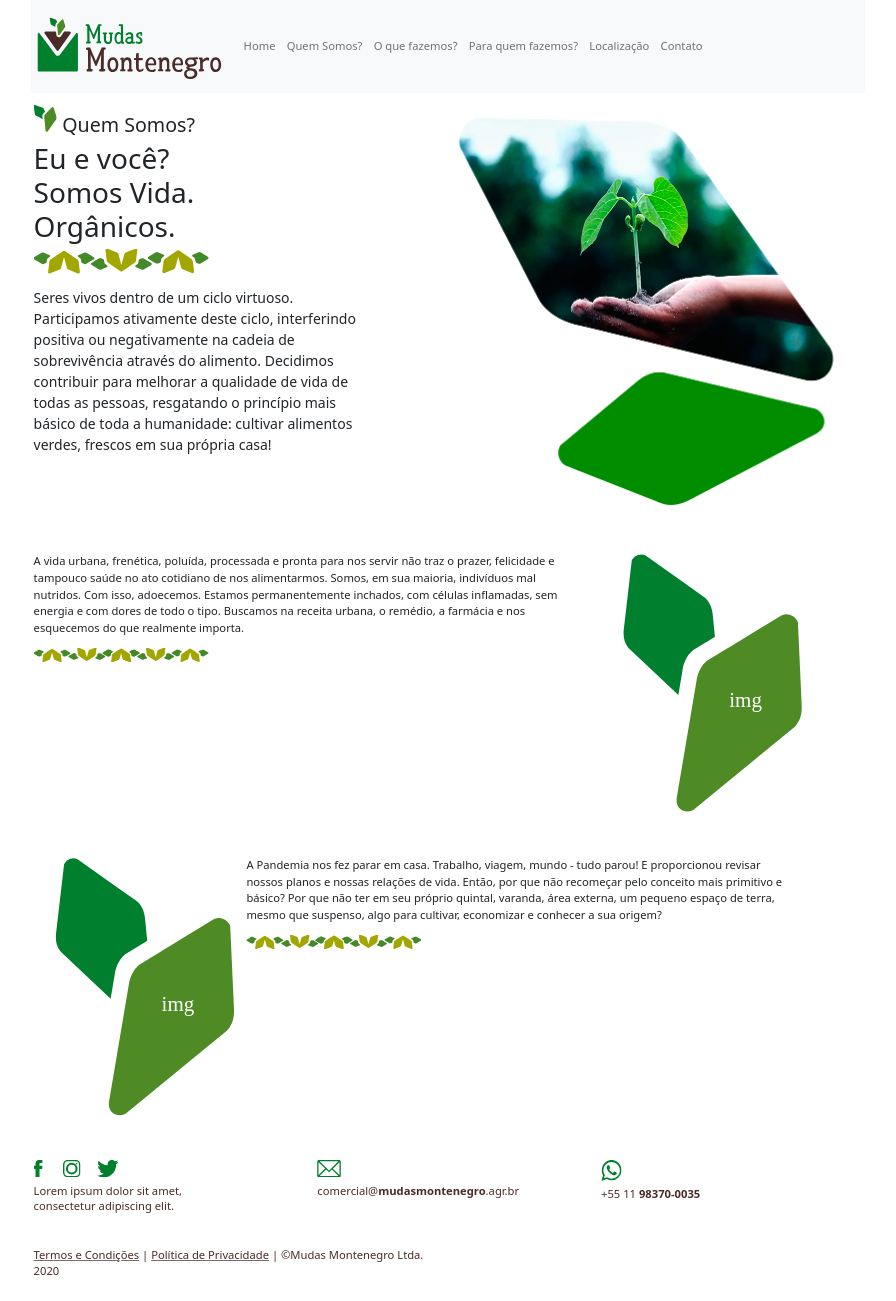
Repository: MaKnok/mudas-montenegro
Page: quem-somos.html
The author's editor kept a copy of each file at every save. The page is drawn from the files as they stood at one save, then again after the next save.
The browser window is 1280 px wide. The pictures show the whole page, at 70% of full size.
Some web libraries are served in a nearby version.

Above is the page before, as saved 2021-06-17 12:10:11.

### quem-somos.html
<!DOCTYPE html>
<html lang="pt-br">

<head>
    <meta charset="utf-8">
    <meta name="viewport" content="width=device-width, initial-scale=1">
    <link rel="icon" type="image/png" href="img/icons/favicon.png"/>
    <title>Mudas Montenegro</title>
    <link href="https://cdn.jsdelivr.net/npm/bootstrap@5.0.1/dist/css/bootstrap.min.css" rel="stylesheet" integrity="sha384-+0n0xVW2eSR5OomGNYDnhzAbDsOXxcvSN1TPprVMTNDbiYZCxYbOOl7+AMvyTG2x" crossorigin="anonymous">
    <script src="https://use.fontawesome.com/releases/v5.0.8/js/all.js"></script>
    <link href="style.css" rel="stylesheet">
</head>

<body>


<!--- Intro -->

<div class="container-fluid">

  <div class="wrapper">

    <!-- Navigation -->
    <nav class="navbar navbar-expand-md navbar-light bg-light sticky-top">

      <a class="navbar-brand logo" href="index.html"><img src="img/logo_mudas_mont.svg" alt="Mudas Montenegro"></a>

      <button class="navbar-toggler" type="button" data-toggle="collapse" data-target="#navbarResponsive">
          <span class="navbar-toggler-icon"></span>
      </button>

      <div class="collapse navbar-collapse" id="navbarResponsive">
       <ul class="navbar-nav ml-auto">
            <li class="nav-item active">
              <a class="nav-link" href="index.html">Home</a>
          </li>
            <li class="nav-item">
              <a class="nav-link" href="quem-somos.html">Quem Somos?</a>
            </li>
            <li class="nav-item">
              <a class="nav-link" href="o-que-fazemos.html">O que fazemos?</a>
            </li>
            <li class="nav-item">
              <a class="nav-link" href="para-quem-fazemos.html">Para quem fazemos?</a>
            </li>
            <li class="nav-item">
              <a class="nav-link" href="localizacao.html">Localização</a>
            </li>
            <li class="nav-item">
              <a class="nav-link" href="contato.html">Contato</a>
            </li>
        </ul>
      </div>

    </nav>

    <div class="row jumbotron section-top">

      <div class="col-xs-12 col-sm-12 col-md-4 col-lg-4 col-xl-5 content-top">

        <h3 class="page-title">Quem Somos?</h3>

        <h1 class="page-slogan">
          Eu e você?<br/>
          Somos Vida.<br/>
          Orgânicos.
        </h1>

        <img src="img/leaves_sections.svg" class="leaves-home">

        <p class="lead">
          Seres vivos dentro de um ciclo virtuoso. Participamos ativamente deste ciclo, interferindo positiva ou negativamente na cadeia de sobrevivência através do alimento. Decidimos contribuir para melhorar a qualidade de vida de todas
          as pessoas, resgatando o princípio mais básico de toda a humanidade: cultivar alimentos verdes, frescos em sua própria casa!
        </p>

      </div>

      <div class="col-xs-12 col-sm-12 col-md-8 col-lg-8 col-xl-7 image-top">

                <source srcset="img/leaves_desktop_img.webp 2x,img/leaves_desktop_img.webp"
                media="(min-width: 992px)"/>

                <img src="img/leaves_desktop_img.webp" class="img-fluid" alt="Muda">

      </div>

    </div>

    <div class="row content">

      <div class="col-xs-12 col-sm-12 col-md-7 col-lg-7 col-xl-8">
        <p>
        A vida urbana, frenética, poluída, processada e pronta para nos servir não traz o prazer, felicidade e tampouco saúde no ato cotidiano de nos alimentarmos. Somos, em sua maioria, indivíduos mal nutridos.  Com isso, adoecemos. Estamos permanentemente inchados, com células inflamadas, sem energia e com dores de todo o tipo.
        Buscamos na receita urbana, o remédio, a farmácia e nos esquecemos do que realmente importa.
        </p>
        <img src="img/leaves_section_longer.svg" class="leaves-home">
      </div>

      <div class="col-xs-12 col-sm-12 col-md-4 col-lg-4 col-xl-3">
        <img src="img/img_temp.svg" class="float-left" alt="Vida urbana">
      </div>

    </div>

    <div class="row content pandemia">

      <div class="col-xs-12 col-sm-12 col-md-4 col-lg-4 col-xl-3 content-1">
          <img src="img/img_temp.svg" class="float-right" alt="Relações de Vida">
      </div>

      <div class="col-xs-12 col-sm-12 col-md-7 col-lg-7 col-xl-8 content-2">
          <p>
          A Pandemia nos fez parar em casa. Trabalho, viagem, mundo - tudo parou!
          E proporcionou revisar nossos planos e nossas relações de vida. Então, por que não recomeçar pelo conceito mais primitivo e básico? Por que não ter em seu próprio quintal, varanda, área externa, um pequeno espaço de terra, mesmo que suspenso, algo para cultivar, economizar e conhecer a sua origem?
          </p>
          <img src="img/leaves_section_longer.svg" class="leaves-home">
      </div>

    </div>

    <!--- Footer -->
    <footer>

    <div class="row text-left">

      <div class="col-md-4">

        <ul class="social-icons">
            <li class="social-icon social-icon_first"><a href="#"><img src="img/icons/facebook.svg"></a></li>
            <li class="social-icon social-icon_second"><a href="#"><img src="img/icons/instagram.svg"></a></li>
            <li class="social-icon social-icon_third"><a href="#"><img src="img/icons/twitter.svg"></a></li>
        </ul>
        <p>Lorem ipsum dolor sit amet, <br/>consectetur adipiscing elit.</p>

      </div>

      <div class="col-md-4">

        <img src="img/icons/mail.svg" class="contact-icon">
        <p>comercial@<span class="phrase-bold">mudasmontenegro</span>.agr.br</p>

      </div>

      <div class="col-md-4">

        <img src="img/icons/whatsapp.svg" class="contact-icon contact-icon-zap">
        <p>+55 11 <span class="phrase-bold">98370-0035</span></p>

      </div>

    </div>

    <div class="row text-left">
        <div class="col-md-6">
          <p class="terms-conditions"><a href="#">Termos e Condições</a> | <a href="#">Política de Privacidade</a> | ©Mudas Montenegro Ltda. 2020 </p>
        </div>
    </div>

    </footer>

  </div>

</div>

<script src="https://cdn.jsdelivr.net/npm/bootstrap@5.0.1/dist/js/bootstrap.bundle.min.js" integrity="sha384-gtEjrD/SeCtmISkJkNUaaKMoLD0//ElJ19smozuHV6z3Iehds+3Ulb9Bn9Plx0x4" crossorigin="anonymous"></script>

</body>
</html>

### style.css
@import url("https://fonts.googleapis.com/css2?family=Fira+Sans:ital,wght@0,200;0,300;0,400;0,500;0,600;0,700;1,200;1,300;1,400;1,500;1,600;1,700&display=swap");

/*---Media Queries --*/

html {
  -webkit-box-sizing: border-box;
  -moz-box-sizing: border-box;
  box-sizing: border-box;
}

*,
*:before,
*:after {
  -webkit-box-sizing: border-box;
  -moz-box-sizing: border-box;
  box-sizing: inherit;
}

@media (min-width: 992px) {
  .leaves-home {
    width: 250px;
    margin-bottom: 20px;
  }

  .logo {
    width: 280px;
  }

  .phrase-home {
    font-size: 35px;
    line-height: 45px;
  }

  .carousel-caption {
    width: 550px;
    z-index: 10;
    color: #fff;
    text-align: left;
    top: 40%;
    left: 10%;
    bottom: auto;
    -webkit-transform: translate(0, -50%);
    -ms-transform: translate(0, -50%);
    transform: translate(0, -50%);
  }
}

@media (max-width: 991.98px) {
  .leaves-home {
    width: 190px;
    margin-bottom: 15px;
  }

  .logo {
    width: 220px;
  }

  .phrase-home {
    font-size: 30px;
    line-height: 40px;
  }

  .carousel-caption {
    width: 400px;
    z-index: 10;
    color: #fff;
    text-align: left;
    top: 35%;
    left: 10%;
    bottom: auto;
    -webkit-transform: translate(0, -50%);
    -ms-transform: translate(0, -50%);
    transform: translate(0, -50%);
  }
}

@media (max-width: 767.98px) {
  .carousel-caption {
    width: 400px;
    z-index: 10;
    color: #fff;
    text-align: left;
    top: 35%;
    left: 10%;
    bottom: auto;
    -webkit-transform: translate(0, -50%);
    -ms-transform: translate(0, -50%);
    transform: translate(0, -50%);
  }

  .leaves-home {
    width: 190px;
    margin-bottom: 20px;
  }

  .logo {
    width: 220px;
  }

  .pandemia {
    display: flex;
  }

  .pandemia > .content-2 {
    order: -1;
  }

  .phrase-home {
    font-size: 25px;
    line-height: 35px;
  }

  .section-top {
    display: flex;
  }

  .section-top > .image-top {
    order: -1;
  }
}

@media (max-width: 575.98px) {
  .carousel-caption {
    width: 200px;
    z-index: 10;
    color: #fff;
    text-align: left;
    top: 50%;
    left: 8%;
    bottom: auto;
    -webkit-transform: translate(0, -50%);
    -ms-transform: translate(0, -50%);
    transform: translate(0, -50%);
  }

  .leaves-home {
    width: 130px;
    margin-bottom: 10px;
  }

  .logo {
    width: 180px;
  }

  .phrase-home {
    font-size: 16px;
    line-height: 24px;
  }
}

/*---Firefox Bug Fix --*/
.carousel-item {
  transition: -webkit-transform 0.5s ease;
  transition: transform 0.5s ease;
  transition: transform 0.5s ease, -webkit-transform 0.5s ease;
  -webkit-backface-visibility: visible;
  backface-visibility: visible;
  background-color: #000;
}

/*--- Fixed Background Image --*/
figure {
  position: relative;
  width: 100%;
  height: 60%;
  margin: 0 !important;
}

footer {
  background-color: #fff;
  color: #492b28;
  line-height: 22px;
}

ul,
ol,
li {
  list-style: none;
}

ul {
  padding-inline-start: 0;
  margin-bottom: 0.5rem;
}

.fixed-wrap {
  clip: rect(0, auto, auto, 0);
  position: absolute;
  top: 0;
  left: 0;
  width: 100%;
  height: 100%;
}

#fixed {
  background-image: url("img/mac.png");
  position: fixed;
  display: block;
  top: 0;
  left: 0;
  width: 100%;
  height: 100%;
  background-size: cover;
  background-position: center center;
  -webkit-transform: translateZ(0);
  transform: translateZ(0);
  will-change: transform;
}
/*--- Bootstrap Padding Fix --*/
[class*="col-"] {
  padding: 1rem;
}

.carousel-caption {
  text-align: left;
}

.contact-icon {
  margin-bottom: 0.5rem;
}

.page-title {
  font-weight: ;
}

.page-title::before {
  content: "";
  display: inline-block;
  background-image: url(img/icons/leaves.svg);
  background-size: 33px 40px;
  width: 33px;
  height: 40px;
  margin-right: 8px;
}

.phrase-home {
  font-family: "Fira Sans", sans-serif;
}

.phrase-bold {
  font-weight: 600;
}

.picture-home {
  opacity: 0.7;
}

.section-top {
  background-color: #fff;
}

.social-icons {
  text-align: left;
}

.social-icon:not(:first-child) {
  margin-left: 20px;
}

.social-icon:first-child {
  margin-right: 5px;
}

.social-icon {
  display: inline-block;
}

.social-icon > a > img,
.contact-icon {
  height: 25px;
}

.contact-icon-zap {
  height: 30px;
}

.terms-conditions a {
  color: #492b28;
}

.wrapper {
  padding: 0 2em;
}

/*
Extra small (xs) devices (portrait phones, less than 576px)
No media query since this is the default in Bootstrap

Small (sm) devices (landscape phones, 576px and up)
@media (min-width: 576px) { ... }

Medium (md) devices (tablets, 768px and up)
@media (min-width: 768px) { ... }

Large (lg) devices (desktops, 992px and up)
@media (min-width: 992px) { ... }

Extra (xl) large devices (large desktops, 1200px and up)
@media (min-width: 1200px) { ... }
*/

After the next save:
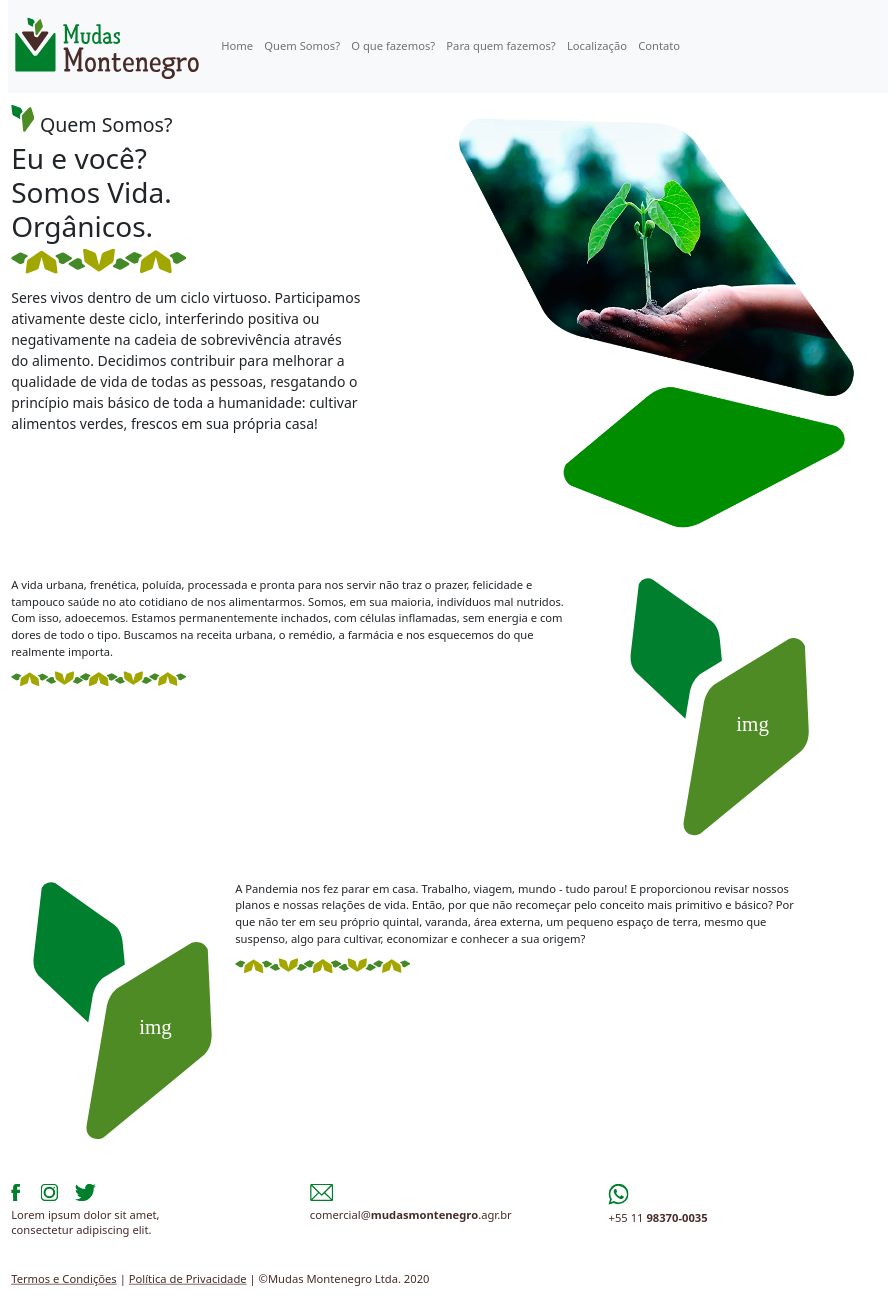
Saved 3 min 3 s later.
--- a/quem-somos.html
+++ b/quem-somos.html
@@ -17,8 +17,6 @@
 <!--- Intro -->
 
 <div class="container-fluid">
-
-  <div class="wrapper">
 
     <!-- Navigation -->
     <nav class="navbar navbar-expand-md navbar-light bg-light sticky-top">
@@ -158,7 +156,7 @@
 
     </footer>
 
-  </div>
+
 
 </div>
 
